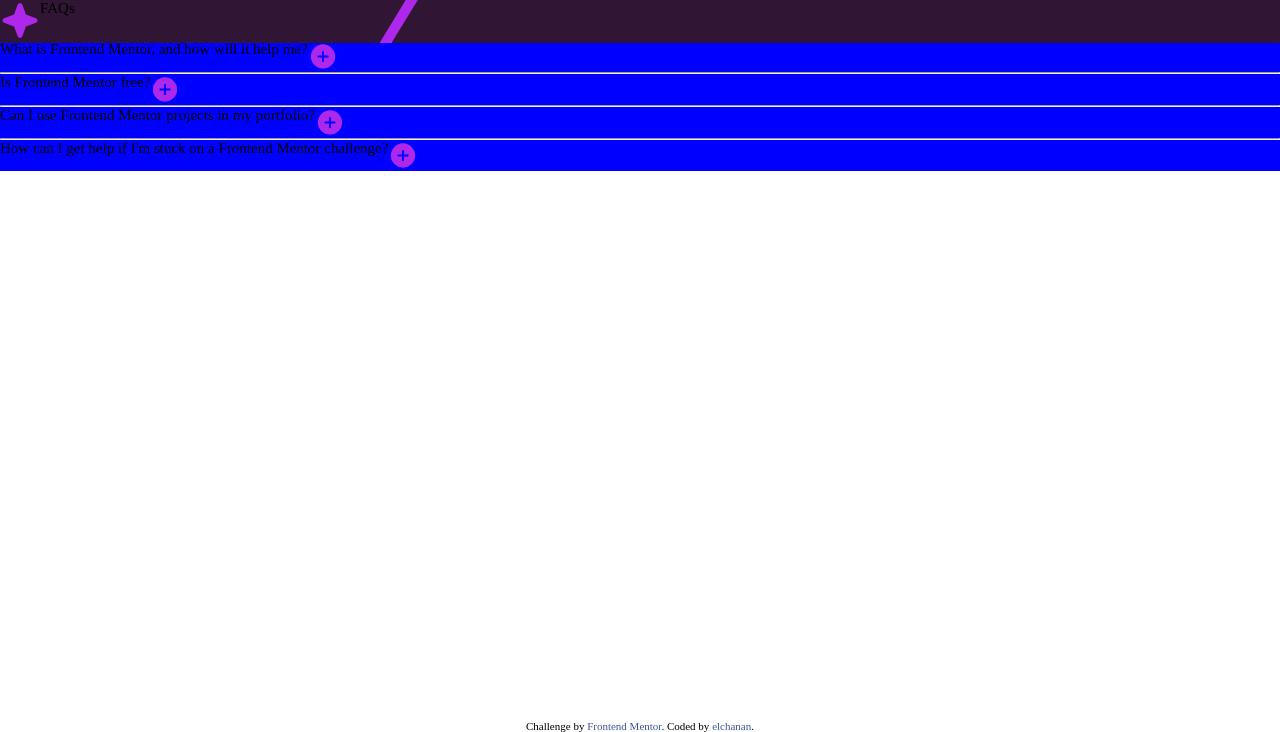
Repository: elchananChen/frontend-mentor-projects
Page: 2024/10/faQs/index.html
These files come from the project's save history. The page is drawn as it stood at one moment and after the next save; the edit follows.
The browser window is 1280 px wide. The pictures show the whole page.

Above is the page before, as saved 2024-10-13 05:55:28.

### 2024/10/faQs/index.html
<!DOCTYPE html>
<html lang="en">
  <head>
    <meta charset="UTF-8" />
    <meta name="viewport" content="width=device-width, initial-scale=1.0" />

    <link
      rel="icon"
      type="image/png"
      sizes="32x32"
      href="./assets/images/favicon-32x32.png"
    />

    <title>Frontend Mentor | FAQ accordion</title>

    <style>
      .attribution {
        font-size: 11px;
        text-align: center;
      }
      .attribution a {
        color: hsl(228, 45%, 44%);
      }
    </style>
    <link rel="stylesheet" href="./style.css" />
  </head>
  <body>
    <article>
      <div class="card">
        <header>
          <div class="flex">
            <div><img src="./assets/images/icon-star.svg" alt="" /></div>
            <h1>FAQs</h1>
          </div>
        </header>
        <main>
          <div class="flex">
            <h3>What is Frontend Mentor, and how will it help me?</h3>
            <div><img src="./assets/images/icon-plus.svg" alt="" /></div>
          </div>
          <p class="hidden">
            Frontend Mentor offers realistic coding challenges to help
            developers improve their frontend coding skills with projects in
            HTML, CSS, and JavaScript. It's suitable for all levels and ideal
            for portfolio building.
          </p>
          <hr />
          <div class="flex">
            <h3>Is Frontend Mentor free?</h3>
            <div><img src="./assets/images/icon-plus.svg" alt="" /></div>
          </div>
          <p class="hidden">
            Yes, Frontend Mentor offers both free and premium coding challenges,
            with the free option providing access to a range of projects
            suitable for all skill levels.
          </p>
          <hr />
          <div class="flex">
            <h3>Can I use Frontend Mentor projects in my portfolio?</h3>
            <div><img src="./assets/images/icon-plus.svg" alt="" /></div>
          </div>
          <p class="hidden">
            Yes, you can use projects completed on Frontend Mentor in your
            portfolio. It's an excellent way to showcase your skills to
            potential employers!
          </p>
          <hr />
          <div class="flex">
            <h3>
              How can I get help if I'm stuck on a Frontend Mentor challenge?
            </h3>
            <div><img src="./assets/images/icon-plus.svg" alt="" /></div>
          </div>
          <p class="hidden">
            The best place to get help is inside Frontend Mentor's Discord
            community. There's a help channel where you can ask questions and
            seek support from other community members.
          </p>
        </main>
      </div>
    </article>
    <div class="attribution">
      Challenge by
      <a href="https://www.frontendmentor.io?ref=challenge" target="_blank"
        >Frontend Mentor</a
      >. Coded by <a href="#">elchanan</a>.
    </div>
  </body>
</html>

### 2024/10/faQs/style.css
@import url("./css/reset.css");
@import url("./css/varieble.css");
@import url("./css/fonts.css");
@import url("./css/utilities.css");

article {
  min-height: 100vh;
  width: 100%;
}
.card {
  /* min-height: 100vh; */
  /* width: 100%;
  height: 200px; */
  /* background: -moz-linear-gradient(left, blue 75%, white 25%); */
  /* background: linear-gradient(180deg, red 20%, orange 20% 100%); */
  /* background: linear-gradient(to top, blue 25%, white 25%, red 50%); */

  background: linear-gradient(180deg, transparent 25%, blue 25%),
    url("./assets/images/background-pattern-mobile.svg");
  background-size: cover; /* מכסה את האלמנט */
  background-position: center; /* מרכז את התמונה */
  /* background-size: cover; מכסה את האלמנט */
  /* background-position: center; */
}
header {
}

### 2024/10/faQs/css/reset.css
* {
  box-sizing: border-box;
  margin: 0;
  padding: 0;
}
html {
  font-family: "overpass-Regular";
}
html,
body {
  min-height: 100vh;
  width: 100%;
  font-size: 15px;
}

img {
  display: block;
  max-width: 100%;
}
h1,
h2,
h3,
h4,
h5,
h6 {
  font-size: 1rem;
  font-weight: normal;
}
button {
  border: 0px;
}

ul,
ol {
  padding-left: 0.5rem;
}
a {
  text-decoration: none;
  color: inherit;
}

### 2024/10/faQs/css/varieble.css
:root {
  --color-White: hsl(0, 0%, 100%);
  --color-Light-pink: hsl(275, 100%, 97%);
  --color-Grayish-purple: hsl(292, 16%, 49%);
  --color-Dark-purple: hsl(292, 42%, 14%);
}

### 2024/10/faQs/css/utilities.css
.flex {
  display: flex;
}
.hidden {
  display: none;
}

Loaded but not shown: 2024/10/faQs/css/fonts.css (no copy from this time; the picture is the same without it)

After the next save:
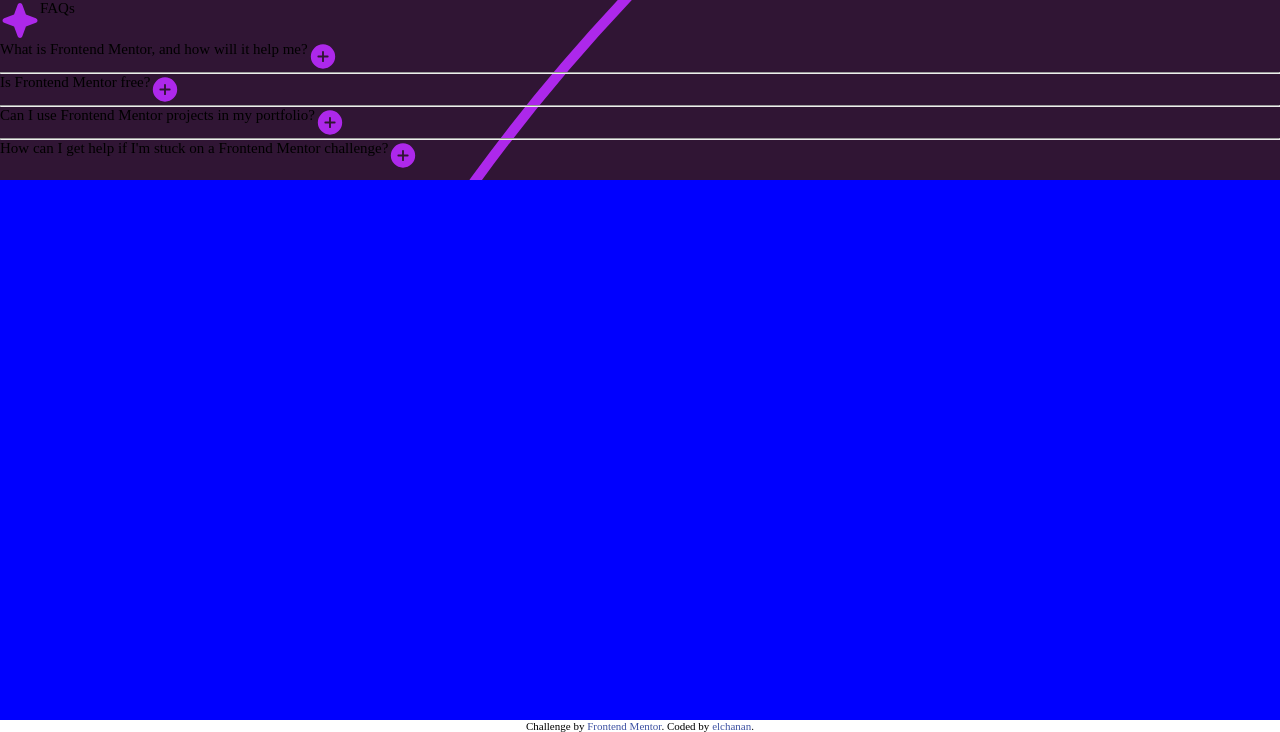
Saved 10 s later.
--- a/2024/10/faQs/style.css
+++ b/2024/10/faQs/style.css
@@ -8,7 +8,7 @@
   width: 100%;
 }
 .card {
-  /* min-height: 100vh; */
+  min-height: 100vh;
   /* width: 100%;
   height: 200px; */
   /* background: -moz-linear-gradient(left, blue 75%, white 25%); */
